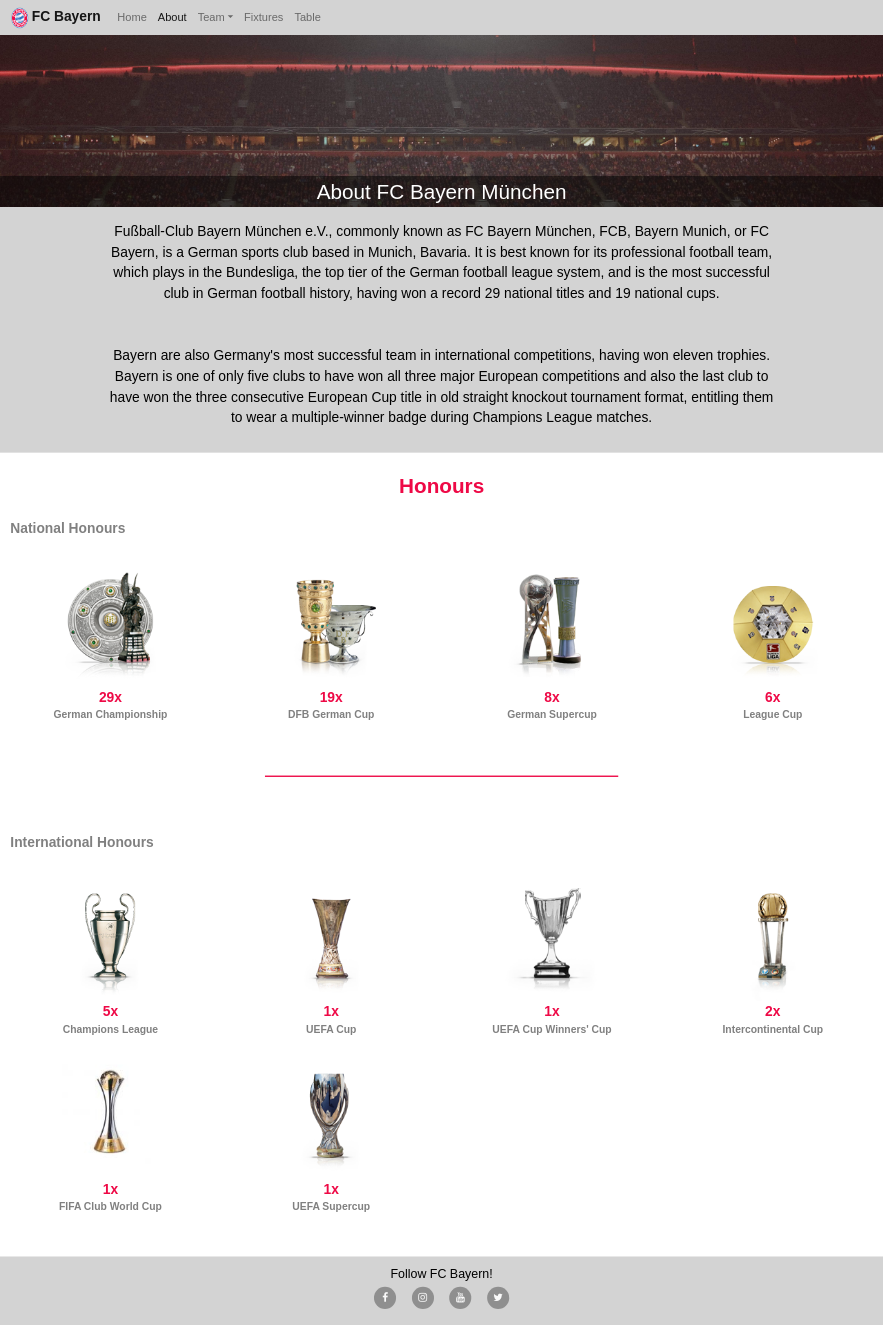
Repository: Code-Institute-Submissions/alnibo-milestone-project-1
Page: about.html
The author's editor kept a record of every edit. The page is drawn from the files as they stood at one moment, then again after the next edit.
The browser window is 1280 px wide. The pictures show the whole page, at 69% of full size.
Some web fonts or font styles are not loaded; a fallback is used.

Above is the page before.

### about.html
<!DOCTYPE html>
<html lang="en">

<head>
    <meta charset="UTF-8">
    <meta name="viewport" content="width=device-width, initial-scale=1.0">
    <link rel="stylesheet" href="https://stackpath.bootstrapcdn.com/bootstrap/4.3.1/css/bootstrap.min.css" type="text/css" />
    <link rel="stylesheet" href="https://stackpath.bootstrapcdn.com/font-awesome/4.7.0/css/font-awesome.min.css" type="text/css" />
    <link rel="stylesheet" href="assets/css/style.css">
    <title>FC Bayern</title>
</head>

<body>

    <!---------------------------------------------------- Navbar -->

    <nav class="navbar navbar-expand-sm navbar-light fixed-top">
        <a class="navbar-brand" href="index.html">
            <img src="assets/images/logo-bayern.png" width="30" height="30" class="d-inline-block align-center" alt="Bayern">FC Bayern
        </a>
        <button class="navbar-toggler" type="button" data-toggle="collapse" data-target="#navbarNavDropdown" aria-controls="navbarNavDropdown" aria-expanded="false" aria-label="Toggle navigation">
            <span class="navbar-toggler-icon"></span>
        </button>

        <div class="collapse navbar-collapse" id="navbarNavDropdown">
            <ul class="navbar-nav">
                <li class="nav-item">
                    <a class="nav-link" href="index.html">Home</a>
                </li>
                <li class="nav-item active">
                    <a class="nav-link" href="about.html">About<span class="sr-only">(current)</span></a>
                </li>
                <li class="nav-item dropdown">
                    <a class="nav-link dropdown-toggle" href="#" id="navbarDropdownMenuLink" data-toggle="dropdown" aria-haspopup="true" aria-expanded="false">Team</a>
                    <div class="dropdown-menu" aria-labelledby="navbarDropdownMenuLink">
                        <a class="dropdown-item" href="team.html">All</a>
                        <a class="dropdown-item" href="team.html#goalkeepers">Goalkeepers</a>
                        <a class="dropdown-item" href="team.html#defenders">Defenders</a>
                        <a class="dropdown-item" href="team.html#midfielders">Midfielders</a>
                        <a class="dropdown-item" href="team.html#forwards">Forwards</a>
                        <a class="dropdown-item" href="team.html#coaches">Coaches</a>
                    </div>
                </li>
                <li class="nav-item">
                    <a class="nav-link" href="fixtures.html">Fixtures</a>
                </li>
                <li class="nav-item ">
                    <a class="nav-link" href="table.html">Table</a>
                </li>
            </ul>
        </div>
    </nav>

    <!---------------------------------------------------- Content -->

    <main>
        <header class="container-fluid top-container">
            <div class="row top-pic-about" title="Honours"></div>
            <div class="top-header col-12">About FC Bayern München</div>
        </header>

        <section class="container-fluid about-container">
            <div class="container-fluid">
                <p class="about-text">Fußball-Club Bayern München e.V., commonly known as FC Bayern München, FCB, Bayern Munich, or FC Bayern, is a German sports club based in Munich, Bavaria. It is best known for its professional football team, which plays in the Bundesliga,
                    the top tier of the German football league system, and is the most successful club in German football history, having won a record 29 national titles and 19 national cups.</p>
                <br>
                <p class="about-text">Bayern are also Germany's most successful team in international competitions, having won eleven trophies. Bayern is one of only five clubs to have won all three major European competitions and also the last club to have won the three consecutive
                    European Cup title in old straight knockout tournament format, entitling them to wear a multiple-winner badge during Champions League matches.</p>
            </div>
        </section>

        <!---------------------------------------------------- Honours -->

        <h2 class="section-header col-12">Honours</h2>

        <header class="honours-head col-12">
            National Honours
        </header>

        <div class="container-fluid container-honours">
            <div class="row">
                <div class="col-12 col-sm-6 col-md-4 col-lg-3 honour-item">
                    <div class="row">
                        <div class="col-12 pic-cup">
                            <img src="assets/images/dfl_pokale.png" alt="picture of German cup">
                        </div>
                    </div>
                    <div class="row">
                        <div class="col-12 number-cup">29x</div>
                    </div>
                    <div class="row">
                        <div class="col-12 name-cup">German Championship</div>
                    </div>
                </div>

                <div class="col-12 col-sm-6 col-md-4 col-lg-3 honour-item">
                    <div class="row">
                        <div class="col-12 pic-cup">
                            <img src="assets/images/dfb_pokale.png" alt="picture of German cup">
                        </div>
                    </div>
                    <div class="row">
                        <div class="col-12 number-cup">19x</div>
                    </div>
                    <div class="row">
                        <div class="col-12 name-cup">DFB German Cup</div>
                    </div>
                </div>

                <div class="col-12 col-sm-6 col-md-4 col-lg-3 honour-item">
                    <div class="row">
                        <div class="col-12 pic-cup">
                            <img src="assets/images/supercup.png" alt="picture of German cup">
                        </div>
                    </div>
                    <div class="row">
                        <div class="col-12 number-cup">8x</div>
                    </div>
                    <div class="row">
                        <div class="col-12 name-cup">German Supercup</div>
                    </div>
                </div>

                <div class="col-12 col-sm-6 col-md-4 col-lg-3 honour-item">
                    <div class="row">
                        <div class="col-12 pic-cup">
                            <img src="assets/images/liga_pokal.png" alt="picture of German cup">
                        </div>
                    </div>
                    <div class="row">
                        <div class="col-12 number-cup">6x</div>
                    </div>
                    <div class="row">
                        <div class="col-12 name-cup">League Cup</div>
                    </div>
                </div>

            </div>
        </div>

        <hr class="block-divider-honours">

        <div class="honours-head col-12">
            International Honours
        </div>

        <div class="container-fluid container-honours">
            <div class="row">
                <div class="col-12 col-sm-6 col-md-4 col-lg-3 honour-item">
                    <div class="row">
                        <div class="col-12 pic-cup">
                            <img src="assets/images/cl_pokale.png" alt="picture of German cup">
                        </div>
                    </div>
                    <div class="row">
                        <div class="col-12 number-cup">5x</div>
                    </div>
                    <div class="row">
                        <div class="col-12 name-cup">Champions League</div>
                    </div>
                </div>

                <div class="col-12 col-sm-6 col-md-4 col-lg-3 honour-item">
                    <div class="row">
                        <div class="col-12 pic-cup">
                            <img src="assets/images/uefa_cup.png" alt="picture of German cup">
                        </div>
                    </div>
                    <div class="row">
                        <div class="col-12 number-cup">1x</div>
                    </div>
                    <div class="row">
                        <div class="col-12 name-cup">UEFA Cup</div>
                    </div>
                </div>

                <div class="col-12 col-sm-6 col-md-4 col-lg-3 honour-item">
                    <div class="row">
                        <div class="col-12 pic-cup">
                            <img src="assets/images/ec_pokalsieger.png" alt="picture of German cup">
                        </div>
                    </div>
                    <div class="row">
                        <div class="col-12 number-cup">1x</div>
                    </div>
                    <div class="row">
                        <div class="col-12 name-cup">UEFA Cup Winners' Cup</div>
                    </div>
                </div>

                <div class="col-12 col-sm-6 col-md-4 col-lg-3 honour-item">
                    <div class="row">
                        <div class="col-12 pic-cup">
                            <img src="assets/images/weltpokal.png" alt="picture of German cup">
                        </div>
                    </div>
                    <div class="row">
                        <div class="col-12 number-cup">2x</div>
                    </div>
                    <div class="row">
                        <div class="col-12 name-cup">Intercontinental Cup</div>
                    </div>
                </div>

                <div class="col-12 col-sm-6 col-md-4 col-lg-3 honour-item">
                    <div class="row">
                        <div class="col-12 pic-cup">
                            <img src="assets/images/klubweltmeisterschaft.jpg" alt="picture of German cup">
                        </div>
                    </div>
                    <div class="row">
                        <div class="col-12 number-cup">1x</div>
                    </div>
                    <div class="row">
                        <div class="col-12 name-cup">FIFA Club World Cup</div>
                    </div>
                </div>

                <div class="col-12 col-sm-6 col-md-4 col-lg-3 honour-item">
                    <div class="row">
                        <div class="col-12 pic-cup">
                            <img src="assets/images/eu_supercup.png" alt="picture of German cup">
                        </div>
                    </div>
                    <div class="row">
                        <div class="col-12 number-cup">1x</div>
                    </div>
                    <div class="row">
                        <div class="col-12 name-cup">UEFA Supercup</div>
                    </div>
                </div>
            </div>
        </div>
    </main>

    <!---------------------------------------------------- Footer -->

    <footer class="container-fluid">
        <div class="footer-details row">
            <div class="col-sm-12">
                <h5 class="social">Follow FC Bayern!</h5>
                <ul class="list-inline social-links">
                    <li class="list-inline-item">
                        <a target="_blank" href="https://www.facebook.com/fcbayern.en/">
                            <i class="fa fa-facebook" aria-hidden="true"></i>
                            <span class="sr-only">Facebook</span>
                        </a>
                    </li>
                    <li class="list-inline-item">
                        <a target="_blank" href="https://www.instagram.com/fcbayern/?hl">
                            <i class="fa fa-instagram" aria-hidden="true"></i>
                            <span class="sr-only">Instagram</span>
                        </a>
                    </li>
                    <li class="list-inline-item">
                        <a target="_blank" href="https://www.youtube.com/user/fcbayern">
                            <i class="fa fa-youtube" aria-hidden="true"></i>
                            <span class="sr-only">YouTube</span>
                        </a>
                    </li>
                    <li class="list-inline-item">
                        <a target="_blank" href="https://twitter.com/FCBayern">
                            <i class="fa fa-twitter" aria-hidden="true"></i>
                            <span class="sr-only">Twitter</span>
                        </a>
                    </li>
                </ul>
            </div>
        </div>
    </footer>

    <script src="https://code.jquery.com/jquery-3.3.1.slim.min.js" integrity="sha384-q8i/X+965DzO0rT7abK41JStQIAqVgRVzpbzo5smXKp4YfRvH+8abtTE1Pi6jizo" crossorigin="anonymous"></script>
    <script src="https://stackpath.bootstrapcdn.com/bootstrap/4.1.3/js/bootstrap.min.js" integrity="sha384-ChfqqxuZUCnJSK3+MXmPNIyE6ZbWh2IMqE241rYiqJxyMiZ6OW/JmZQ5stwEULTy" crossorigin="anonymous"></script>
</body>

</html>

Loaded but not shown: assets/css/style.css (586 lines, source omitted)

After the next edit:
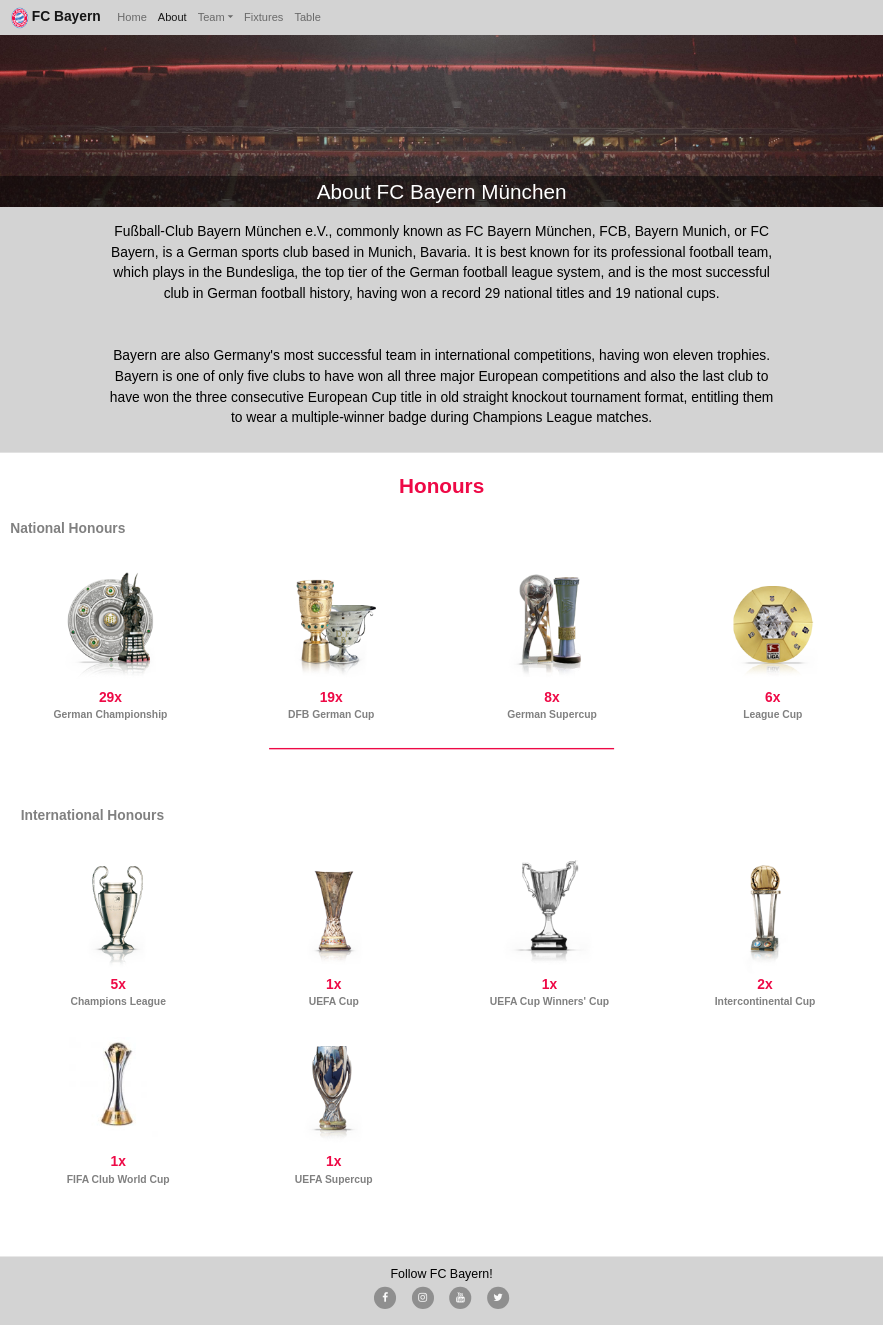
The edit:
--- a/about.html
+++ b/about.html
@@ -77,7 +77,7 @@
             National Honours
         </header>
 
-        <div class="container-fluid container-honours">
+        <section class="container-fluid container-honours">
             <div class="row">
                 <div class="col-12 col-sm-6 col-md-4 col-lg-3 honour-item">
                     <div class="row">

After the edit that followed:
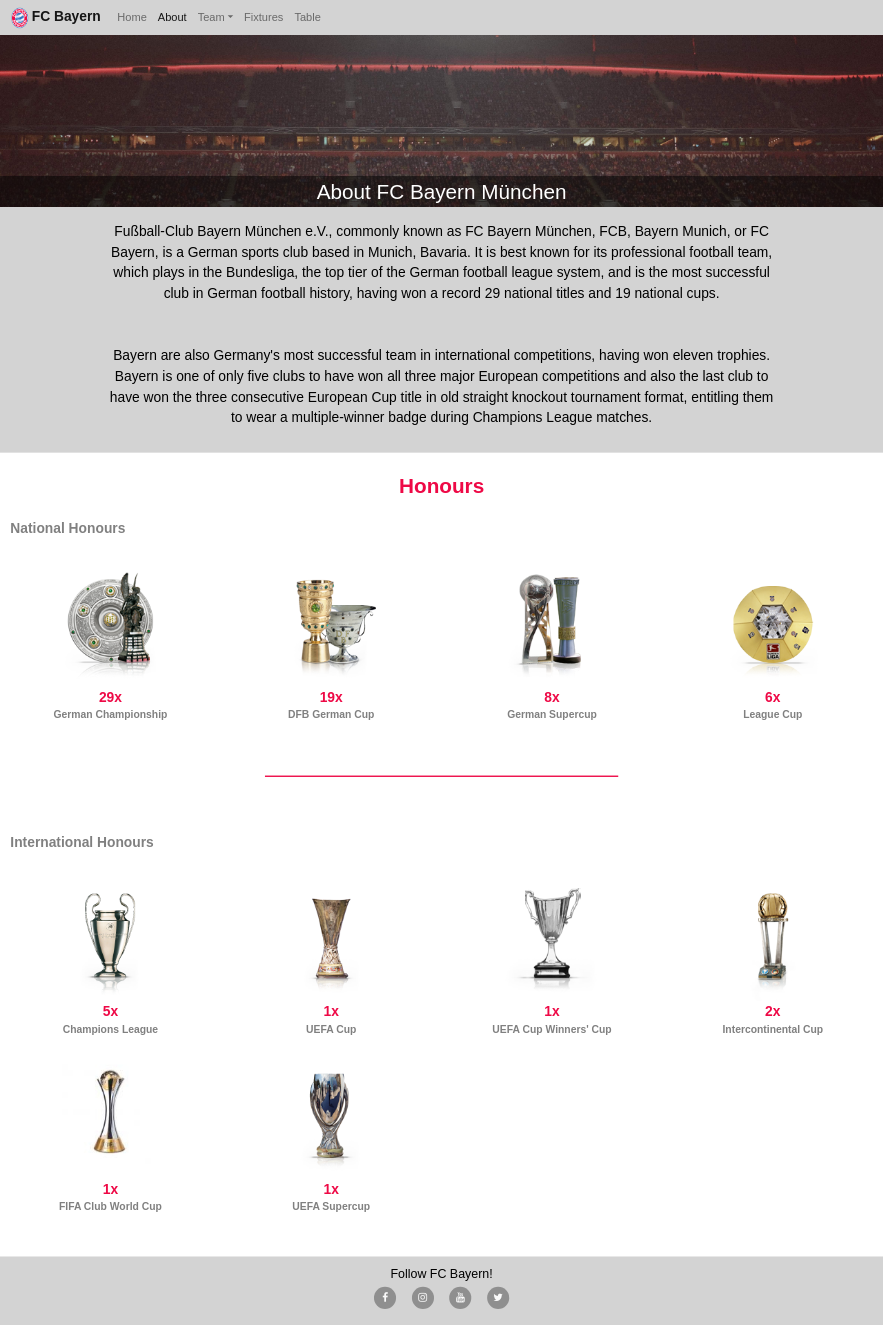
The edit:
--- a/about.html
+++ b/about.html
@@ -136,7 +136,7 @@
                 </div>
 
             </div>
-        </div>
+        </section>
 
         <hr class="block-divider-honours">
 
